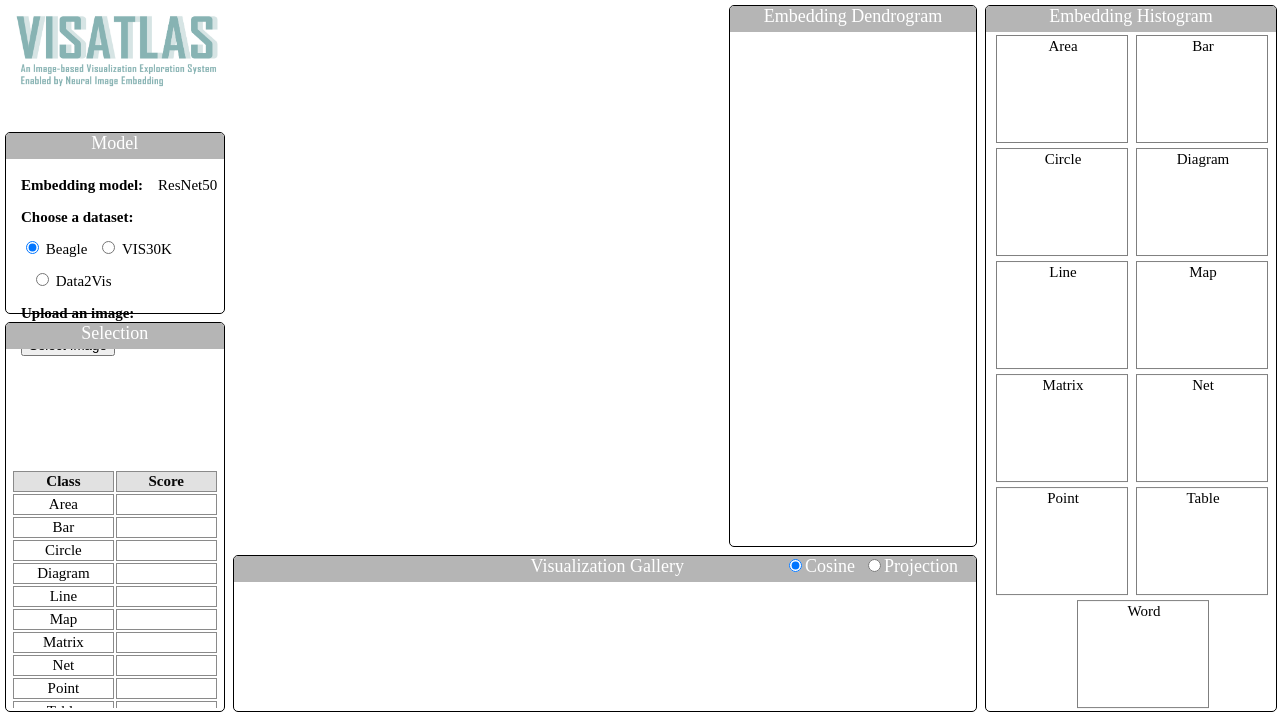
Repository: yilinye/AI_and_human_paintings
Page: / (app in VIS4AI_art/Frontend/)
These files come from the project's save history. The page is drawn as it stood at one moment and after the next save; the edit follows.
The browser window is 1280 px wide. The pictures show the whole page.
The page's requests for data from a server got no answer. The project was rebuilt for these pictures with package versions that can differ from the ones it lists, and the page was loaded fresh each time. No one was signed in, and anything a server would have sent is missing. Also part of the build but not shown: VIS4AI_art/Frontend/vite.config.js, VIS4AI_art/Frontend/vue.config.js, VIS4AI_art/Frontend/src/components/WelcomeItem.vue, VIS4AI_art/Frontend/src/components/icons/IconDocumentation.vue, VIS4AI_art/Frontend/src/components/icons/IconTooling.vue, VIS4AI_art/Frontend/src/components/icons/IconEcosystem.vue, VIS4AI_art/Frontend/src/components/icons/IconCommunity.vue, VIS4AI_art/Frontend/src/components/icons/IconSupport.vue and 2 more.

Above is the page before, as saved 2022-04-30 22:53:53.

After the next save:
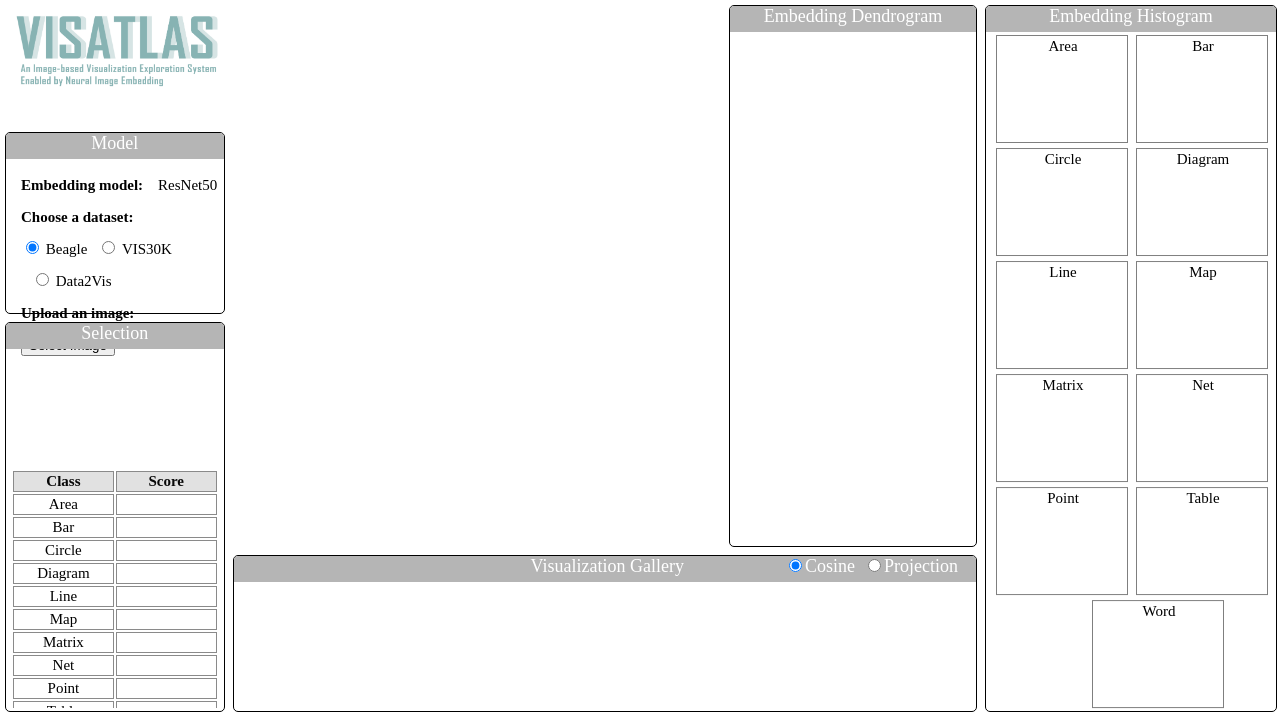
Saved 5 s later.
--- a/VIS4AI_art/Frontend/src/components/histogramView.vue
+++ b/VIS4AI_art/Frontend/src/components/histogramView.vue
@@ -15,7 +15,7 @@
         v-for="(ty, index) in typeName"
         :key="ty"
         :id="'His' + ty"
-        v-bind:style="{ border: 'solid 1px rgba(0, 0, 0, 0.5)', width: wd, height:hs, position: 'absolute', left: '10px', transform: 'translate(' + (index == 10 ? 'calc(50% + 15px)' : index % 2 ? 'calc(100% + 8px)' : '0') + ',' + 'calc(' + ((Math.floor(index / 2)) * 100) + '% + ' + ((Math.floor(index / 2)) * 5) + 'px' + ' + 3px)' + ')' }"
+        v-bind:style="{ border: 'solid 1px rgba(0, 0, 0, 0.5)', width: wd, height:hs, position: 'absolute', left: '10px', transform: 'translate(' + (index == 10 ? 'calc(50% + 30px)' : index % 2 ? 'calc(100% + 8px)' : '0') + ',' + 'calc(' + ((Math.floor(index / 2)) * 100) + '% + ' + ((Math.floor(index / 2)) * 5) + 'px' + ' + 3px)' + ')' }"
       >
 
       </div>
